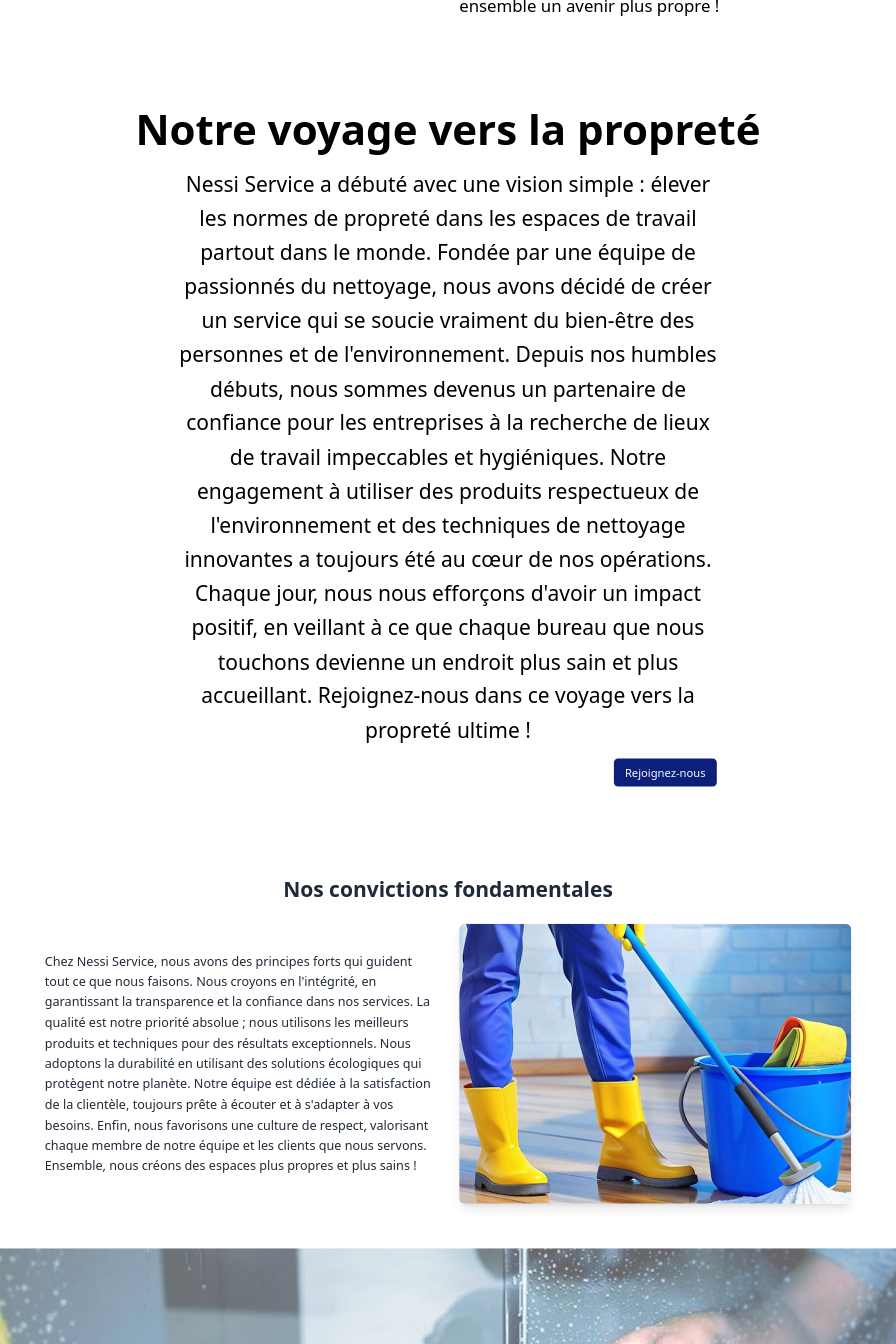
Repository: MDiouf9/Nessi
Page: /About
These files come from the project's save history. The page is drawn as it stood at one moment and after the next save; the edit follows.
The browser window is 1280 px wide. The pictures show the part of the page from y = 1314 to 3234 px (the page is 3938 px tall before and 3645 px after), at 70% of full size.
The project was rebuilt for these pictures with package versions that can differ from the ones it lists, and the page was loaded fresh each time. Also part of the build but not shown: vite.config.js, src/Global.css, src/App.css, src/Pages/Home.jsx, src/Pages/NotFound.jsx, src/components/Countries.jsx, src/Pages/Services.jsx, src/Pages/Contact.jsx.

Above is the page before, as saved 2025-03-10 18:50:30.

After the next save:
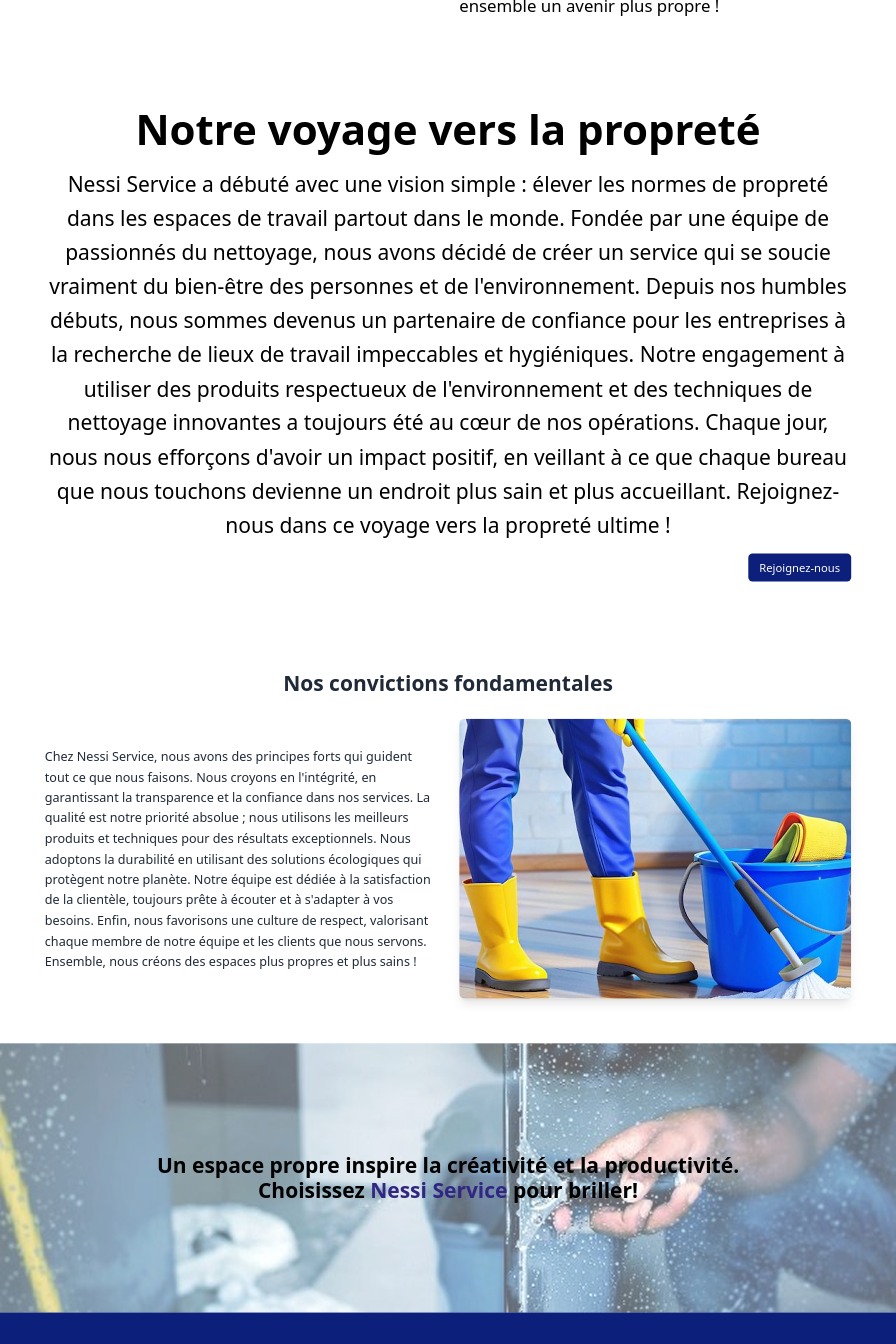
Saved 10 s later.
--- a/src/components/SectionTexte.jsx
+++ b/src/components/SectionTexte.jsx
@@ -6,7 +6,7 @@ const OurJourneySection = () => {
           <h2 className="text-6xl font-bold mb-6">Notre voyage vers la propreté</h2>
 
           {/* Texte + bouton aligné à gauche */}
-          <div className="max-w-3xl mx-auto text-right">
+          <div className=" mx-auto text-right">
             <p className="text-3xl text-center leading-relaxed">
             Nessi Service a débuté avec une vision simple : élever les normes de propreté dans les espaces de travail partout dans le monde. Fondée par une équipe de passionnés du nettoyage, nous avons décidé de créer un service qui se soucie vraiment du bien-être des personnes et de l'environnement. Depuis nos humbles débuts, nous sommes devenus un partenaire de confiance pour les entreprises à la recherche de lieux de travail impeccables et hygiéniques. Notre engagement à utiliser des produits respectueux de l'environnement et des techniques de nettoyage innovantes a toujours été au cœur de nos opérations. Chaque jour, nous nous efforçons d'avoir un impact positif, en veillant à ce que chaque bureau que nous touchons devienne un endroit plus sain et plus accueillant. Rejoignez-nous dans ce voyage vers la propreté ultime !
             </p>
